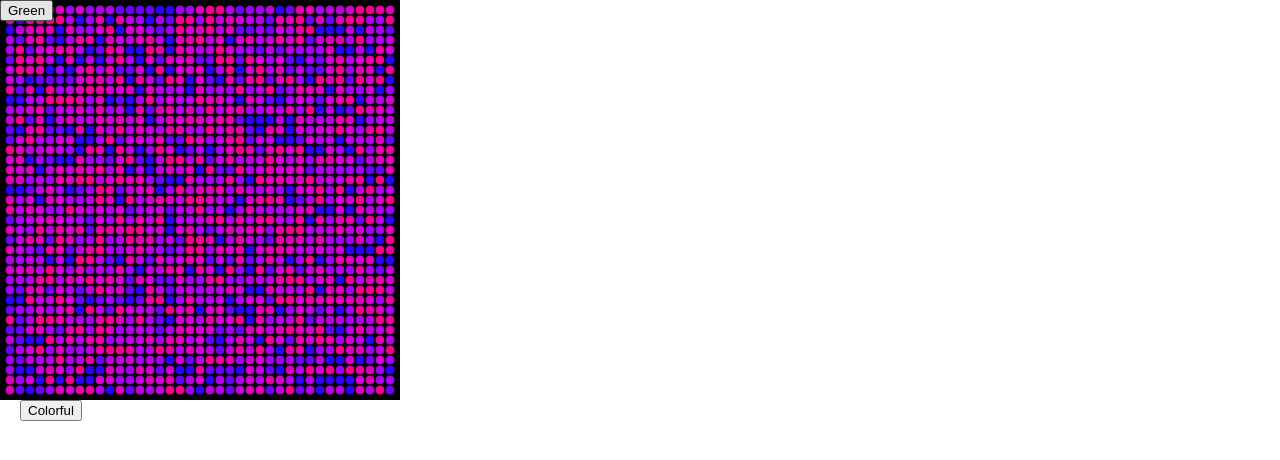
Repository: patriciqa/GenComp
Page: content/day02/pattern/index.html
These files come from the project's save history. The page is drawn as it stood at one moment and after a run of saves; the edit follows.
The browser window is 1280 px wide. The pictures show the whole page.

Above is the page before, as saved 2021-09-30 11:57:33.

After the next 2 saves:
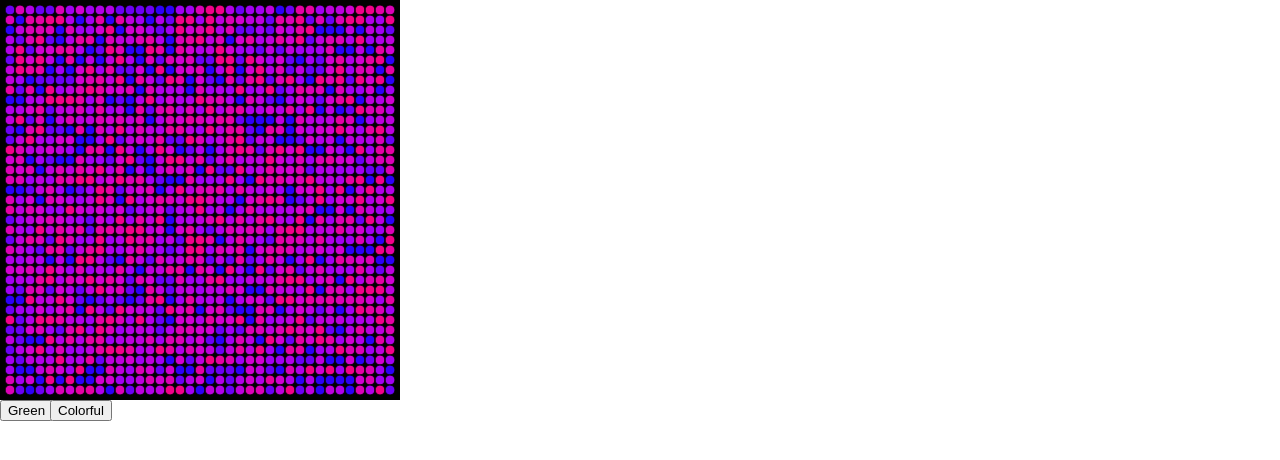
The 2 saves are shown as one change because they came seconds apart.
The last was saved 9 s later.
--- a/content/day02/pattern/circlePattern.js
+++ b/content/day02/pattern/circlePattern.js
@@ -30,10 +30,10 @@ function setup() {
   stroke(0)
   frameRate(5)
   greenbButton = createButton('Green');
-  greenbButton.position(0, 0);
+  greenbButton.position(0, 400);
   greenbButton.mousePressed(changeColor('green'));
   colorButton = createButton('Colorful');
-  colorButton.position(20, 400);
+  colorButton.position(50, 400);
   colorButton.mousePressed(changeColor('colorful'));
 }
 
